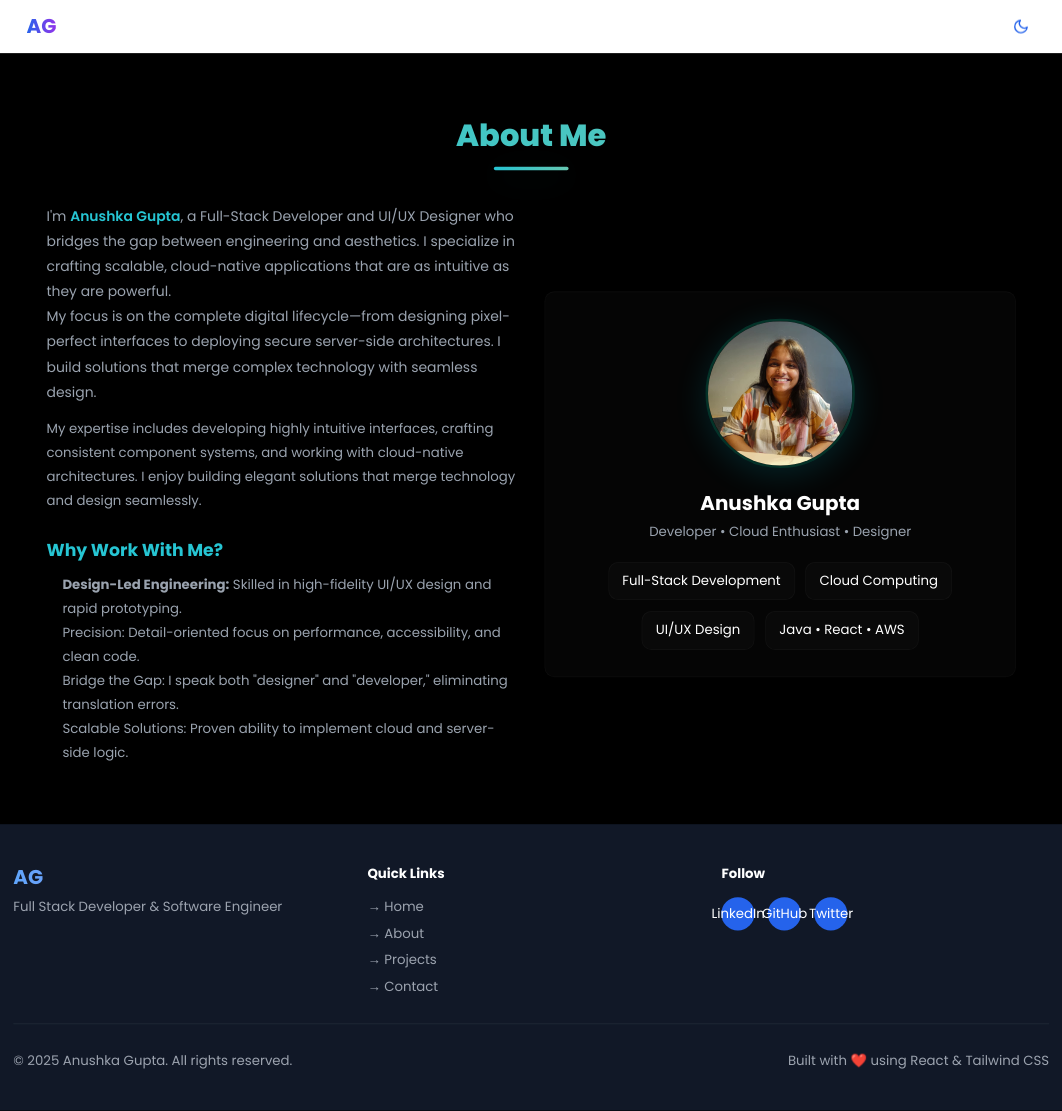
Repository: AnushkaGupta1120/Portfolio
Page: /about
These files come from the project's save history. The page is drawn as it stood at one moment and after the next save; the edit follows.
The browser window is 1280 px wide. The pictures show the whole page, at 83% of full size.
The project was rebuilt for these pictures with package versions that can differ from the ones it lists, and the page was loaded fresh each time. Also part of the build but not shown: vite.config.js, src/styles/Home.css, src/pages/Hero.jsx, src/pages/SkillsCategories.jsx, src/pages/Skills.jsx, src/pages/ProjectCard.jsx, src/pages/Projects.jsx, src/pages/Achievements.jsx and 4 more.

Above is the page before, as saved 2025-12-22 12:45:44.

After the next save:
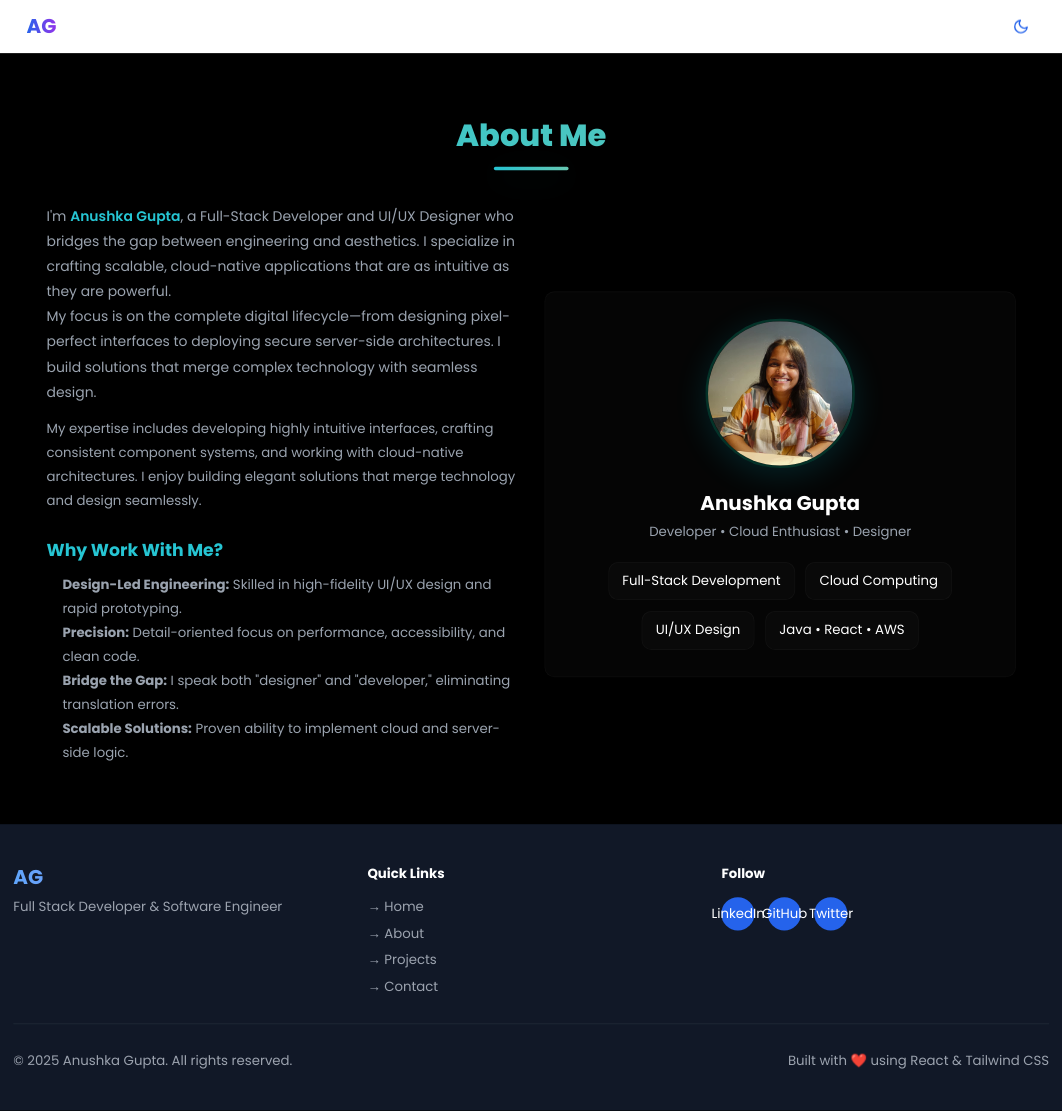
Saved 41 s later.
--- a/src/pages/About.jsx
+++ b/src/pages/About.jsx
@@ -76,9 +76,9 @@ export default function About() {
                 }}
               >
                 <li><b>Design-Led Engineering:</b> Skilled in high-fidelity UI/UX design and rapid prototyping.</li>
-                <li>Precision: Detail-oriented focus on performance, accessibility, and clean code.</li>
-                <li>Bridge the Gap: I speak both "designer" and "developer," eliminating translation errors.</li>
-                <li>Scalable Solutions: Proven ability to implement cloud and server-side logic.</li>
+                <li><b>Precision:</b> Detail-oriented focus on performance, accessibility, and clean code.</li>
+                <li><b>Bridge the Gap:</b> I speak both "designer" and "developer," eliminating translation errors.</li>
+                <li><b>Scalable Solutions:</b> Proven ability to implement cloud and server-side logic.</li>
               </ul>
             </div>
           </div>
